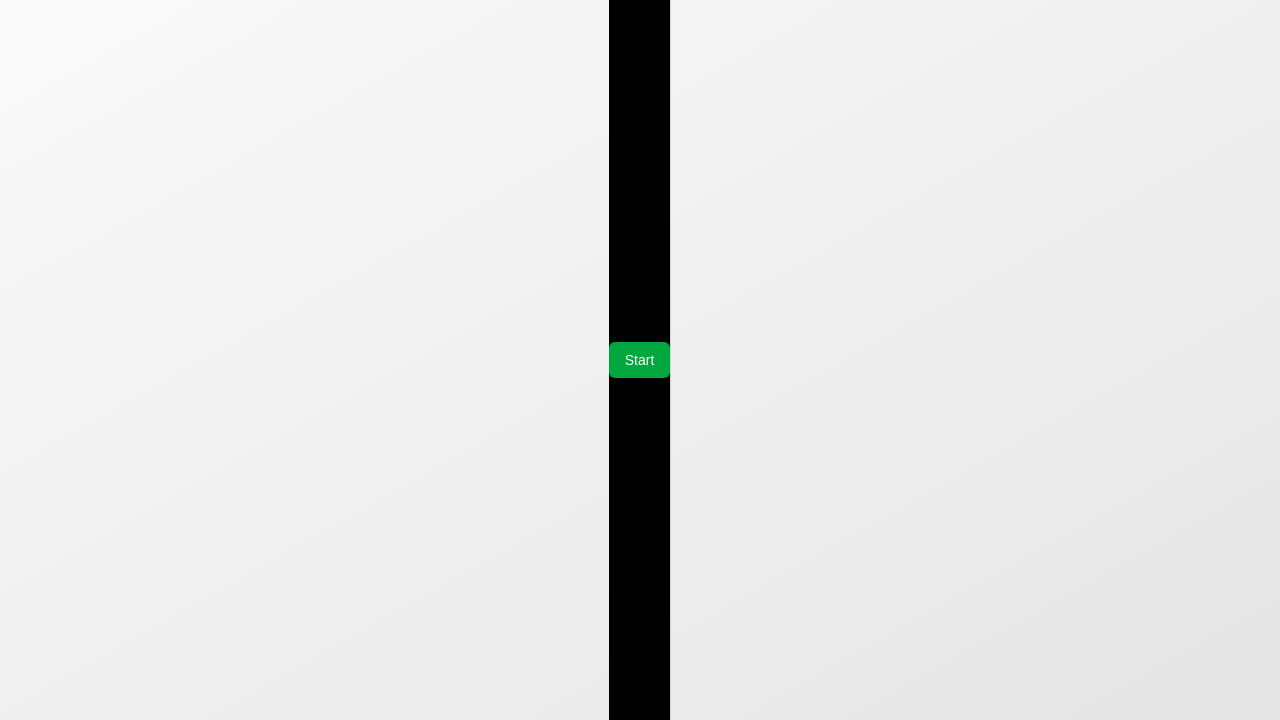
Repository: akanksha653/connectify
Page: /anonymous
The author's editor kept a copy of each file at every save. The page is drawn from the files as they stood at one save, then again after the next save.
The browser window is 1280 px wide. The pictures show the whole page.
The page's requests for data from a server got no answer. The project was rebuilt for these pictures with package versions that can differ from the ones it lists, and the page was loaded fresh each time. The framework's server and built-in components were replaced by stand-ins that run in the browser. No one was signed in, and anything a server would have sent is missing. Also part of the build but not shown: next.config.ts, components/video/LocalVideo.tsx, components/video/RemoteVideo.tsx, components/chat/Message.tsx, components/chat/ChatBox.tsx.

Above is the page before, as saved 2025-07-12 11:55:48.

### src/app/anonymous/page.tsx
"use client";

import React from "react";
// Update the import path below to the correct relative path if needed
import AnonymousChatRoom from "../../../features/anonymousChat/components/AnonymousChatRoom";

export default function AnonymousPage() {
  return (
    <main className="flex min-h-screen flex-col items-center justify-center bg-gradient-to-br from-neutral-50 to-neutral-200 dark:from-neutral-900 dark:to-neutral-800 px-4">
      <AnonymousChatRoom />
    </main>
  );
}

### features/anonymousChat/components/AnonymousChatRoom.tsx
"use client";

import React, { useEffect, useState, useCallback } from "react";
import useWebRTC from "../hooks/useWebRTC";
import useSocket from "../hooks/useSocket";
import LocalVideo from "../../../components/video/LocalVideo";
import RemoteVideo from "../../../components/video/RemoteVideo";
import ChatBox from "../../../components/chat/ChatBox";
import FindingPartner from "./FindingPartner";
import Button from "../../../components/common/Button";

export default function AnonymousChatRoom() {
  const [roomId, setRoomId] = useState<string | null>(null);
  const [isOfferer, setIsOfferer] = useState<boolean | null>(null);
  const [loading, setLoading] = useState(false);
  const [chatStarted, setChatStarted] = useState(false);

  const socket = useSocket();

  // ✅ Initialize WebRTC only when roomId & isOfferer are assigned
  const { localStream, remoteStream, stopWebRTC } = useWebRTC(roomId, isOfferer);

  /**
   * ✅ Handle 'matched' event from server with useCallback
   */
  const handleMatched = useCallback(
    ({
      roomId,
      partnerId,
      isOfferer,
    }: {
      roomId: string;
      partnerId: string;
      isOfferer: boolean;
    }) => {
      console.log("🎉 Matched in room:", roomId, "Offerer:", isOfferer);
      setRoomId(roomId);
      setIsOfferer(isOfferer);
      setLoading(true);

      // ✅ Join assigned room after server matching
      socket?.emit("join-room", roomId);
    },
    [socket]
  );

  /**
   * ✅ Register matched event listener
   */
  useEffect(() => {
    if (!socket) return;

    socket.off("matched", handleMatched); // Prevent duplicate listeners
    socket.on("matched", handleMatched);

    return () => {
      socket.off("matched", handleMatched);
    };
  }, [socket, handleMatched]);

  /**
   * ✅ Listen for socket connect/disconnect for stability
   */
  useEffect(() => {
    if (!socket) return;

    const handleDisconnect = () => {
      console.log("⚠️ Disconnected from socket server");
      setLoading(false);
      setChatStarted(false);
    };

    const handleConnect = () => {
      console.log("✅ Connected to socket server:", socket.id);
    };

    const handlePartnerLeft = () => {
      console.log("👋 Partner left the chat");
      handleStop(); // Auto stop and show Start button
    };

    socket.on("disconnect", handleDisconnect);
    socket.on("connect", handleConnect);
    socket.on("partner-left", handlePartnerLeft);

    return () => {
      socket.off("disconnect", handleDisconnect);
      socket.off("connect", handleConnect);
      socket.off("partner-left", handlePartnerLeft);
    };
  }, [socket]);

  /**
   * ✅ Update loading state when remote stream arrives
   */
  useEffect(() => {
    if (remoteStream) {
      setLoading(false);
    }
  }, [remoteStream]);

  /**
   * ✅ Start chat handler
   */
  const handleStart = () => {
    if (!socket) return;
    console.log("🔍 Looking for partner...");
    setChatStarted(true);
    setLoading(true);
    // Emit to server to enter matchmaking (server auto matches if someone waiting)
    // In your current signaling.js, just connecting triggers matchmaking
  };

  /**
   * ✅ Stop chat handler
   */
  const handleStop = () => {
    console.log("🛑 Stopping chat...");
    if (socket && roomId) {
      socket.emit("leave-room", roomId);
    }
    stopWebRTC(); // Clean up WebRTC connection
    setRoomId(null);
    setIsOfferer(null);
    setChatStarted(false);
    setLoading(false);
  };

  /**
   * ✅ Leave room on unmount for cleanup
   */
  useEffect(() => {
    return () => {
      handleStop();
    };
    // eslint-disable-next-line react-hooks/exhaustive-deps
  }, []);

  return (
    <div className="flex flex-col md:flex-row h-screen">
      {/* Video Section */}
      <div className="flex-1 bg-black flex items-center justify-center relative">
        {!chatStarted ? (
          <div className="flex flex-col items-center justify-center space-y-4">
            <Button
              label="Start"
              variant="start"
              onClick={handleStart}
            />          </div>
        ) : loading ? (
          <FindingPartner />
        ) : (
          <>
            <div className="absolute bottom-4 right-4 w-40 h-40 border-2 border-white rounded-md overflow-hidden">
              {localStream ? (
                <LocalVideo stream={localStream} />
              ) : (
                <div className="text-white text-sm">Loading camera...</div>
              )}
            </div>
            <RemoteVideo stream={remoteStream} />

            {/* Stop button */}
            <div className="absolute top-4 right-4">
              <Button
                label="Stop"
                variant="stop"
                onClick={handleStop}
              />            </div>
          </>
        )}
      </div>

      {/* Chat Section */}
      <div className="md:w-1/3 bg-neutral-100 dark:bg-neutral-800 border-l border-neutral-300 dark:border-neutral-700 flex flex-col">
        {roomId && <ChatBox socket={socket} roomId={roomId} />}
      </div>
    </div>
  );
}

### features/anonymousChat/hooks/useWebRTC.ts
// features/anonymousChat/hooks/useWebRTC.ts

import { useEffect, useRef, useState } from "react";
import { io, Socket } from "socket.io-client";

const SOCKET_URL = process.env.NEXT_PUBLIC_SOCKET_URL;

export default function useWebRTC(roomId: string | null, isOfferer: boolean | null) {
  const [remoteStream, setRemoteStream] = useState<MediaStream | null>(null);
  const [localStream, setLocalStream] = useState<MediaStream | null>(null);
  const peerConnectionRef = useRef<RTCPeerConnection | null>(null);
  const socketRef = useRef<Socket | null>(null);

  const iceServers = {
    iceServers: [
      { urls: "stun:stun.l.google.com:19302" },
      { urls: "stun:stun1.l.google.com:19302" },
      // 🔒 Add TURN servers for production behind NAT/firewalls
    ],
  };

  useEffect(() => {
    if (!roomId || isOfferer === null) {
      console.log("⏳ Waiting for server-assigned roomId and role...");
      return;
    }

    const init = async () => {
      if (!SOCKET_URL) {
        console.error("❌ NEXT_PUBLIC_SOCKET_URL is not defined");
        return;
      }

      try {
        // ✅ Connect to signaling server
        socketRef.current = io(SOCKET_URL, {
          transports: ["websocket"],
        });

        socketRef.current.on("connect", () => {
          console.log("✅ Connected to socket server:", socketRef.current?.id);
        });

        // ✅ Get local media stream immediately
        const stream = await navigator.mediaDevices.getUserMedia({ video: true, audio: true });
        setLocalStream(stream);
        console.log("📷 Obtained local media stream");

        // ✅ Create RTCPeerConnection
        peerConnectionRef.current = new RTCPeerConnection(iceServers);
        console.log("🔧 Created RTCPeerConnection");

        // ✅ Add local tracks to peer connection
        stream.getTracks().forEach((track) => {
          peerConnectionRef.current?.addTrack(track, stream);
        });

        // ✅ Handle remote stream
        peerConnectionRef.current.ontrack = (event) => {
          console.log("📡 Received remote stream track");
          setRemoteStream(event.streams[0]);
        };

        // ✅ Monitor connection state
        peerConnectionRef.current.onconnectionstatechange = () => {
          console.log("🔗 Connection state:", peerConnectionRef.current?.connectionState);
        };

        // ✅ Handle ICE candidates generated locally
        peerConnectionRef.current.onicecandidate = (event) => {
          if (event.candidate) {
            console.log("📤 Sending ICE candidate");
            socketRef.current?.emit("ice-candidate", { candidate: event.candidate, roomId });
          }
        };

        // ✅ Join room and wait for confirmation before offer creation
        socketRef.current.emit("join-room", roomId);

        socketRef.current.on("joined-room", async (joinedRoomId) => {
          console.log("🏠 Successfully joined room:", joinedRoomId);

          if (isOfferer) {
            console.log("📞 Creating offer...");
            const offer = await peerConnectionRef.current!.createOffer();
            await peerConnectionRef.current!.setLocalDescription(offer);
            socketRef.current?.emit("offer", { offer, roomId });
            console.log("📤 Sent offer:", offer);
          }
        });

        // ✅ Listen for offer
        socketRef.current.on("offer", async ({ offer }) => {
          console.log("📩 Received offer:", offer);
          await peerConnectionRef.current!.setRemoteDescription(new RTCSessionDescription(offer));
          const answer = await peerConnectionRef.current!.createAnswer();
          await peerConnectionRef.current!.setLocalDescription(answer);
          socketRef.current?.emit("answer", { answer, roomId });
          console.log("📤 Sent answer:", answer);
        });

        // ✅ Listen for answer
        socketRef.current.on("answer", async ({ answer }) => {
          console.log("📩 Received answer:", answer);
          await peerConnectionRef.current!.setRemoteDescription(new RTCSessionDescription(answer));
        });

        // ✅ Listen for ICE candidates from remote peer
        socketRef.current.on("ice-candidate", async ({ candidate }) => {
          console.log("📩 Received ICE candidate:", candidate);
          try {
            await peerConnectionRef.current!.addIceCandidate(new RTCIceCandidate(candidate));
          } catch (error) {
            console.error("❌ Error adding received ICE candidate:", error);
          }
        });

      } catch (error) {
        console.error("❌ Failed to initialize WebRTC:", error);
      }
    };

    init();

    return () => {
      console.log("🧹 Cleaning up WebRTC and socket connections");
      peerConnectionRef.current?.close();
      localStream?.getTracks().forEach((track) => track.stop());
      socketRef.current?.disconnect();
    };
  }, [roomId, isOfferer]);

  return { localStream, remoteStream };
}

### features/anonymousChat/hooks/useSocket.ts
// features/anonymousChat/hooks/useSocket.ts

import { useEffect, useState } from "react";
import { io, Socket } from "socket.io-client";

const SOCKET_URL = process.env.NEXT_PUBLIC_SOCKET_URL;

export default function useSocket(): Socket | null {
  const [socket, setSocket] = useState<Socket | null>(null);

  useEffect(() => {
    if (!SOCKET_URL) {
      console.error("❌ NEXT_PUBLIC_SOCKET_URL is not defined");
      return;
    }

    const newSocket = io(SOCKET_URL, {
      transports: ["websocket"],
      reconnectionAttempts: 3,
      reconnectionDelay: 1000,
      forceNew: true, // ✅ ensures fresh connection per hook usage
    });

    newSocket.on("connect", () => {
      console.log("✅ Connected to socket server:", newSocket.id);
    });

    newSocket.on("disconnect", () => {
      console.log("❌ Disconnected from socket server");
    });

    newSocket.on("connect_error", (err) => {
      console.error("⚠️ Socket connection error:", err.message);
    });

    setSocket(newSocket);

    return () => {
      newSocket.disconnect();
    };
  }, []);

  return socket;
}

### components/common/Button.tsx
"use client";

import React from "react";
import { cn } from "@/utils/cn";

interface ButtonProps extends React.ButtonHTMLAttributes<HTMLButtonElement> {
  label: string;
  icon?: React.ReactNode;
  loading?: boolean;
  variant?: "start" | "stop" | "primary";
}

export default function Button({
  label,
  icon,
  loading = false,
  disabled,
  className,
  variant = "primary",
  ...props
}: ButtonProps) {
  const baseStyle =
    "inline-flex items-center justify-center text-white px-4 py-2 rounded-md text-sm font-medium transition disabled:opacity-50 disabled:cursor-not-allowed focus:outline-none focus:ring-2 focus:ring-offset-2";

  const variantStyle = {
    start:
      "bg-green-600 hover:bg-green-700 focus:ring-green-500",
    stop:
      "bg-red-600 hover:bg-red-700 focus:ring-red-500",
    primary:
      "bg-blue-600 hover:bg-blue-700 focus:ring-blue-500",
  };

  return (
    <button
      disabled={disabled || loading}
      {...props}
      className={cn(baseStyle, variantStyle[variant], className)}
    >
      {loading ? (
        <svg
          className="animate-spin h-4 w-4 mr-2 text-white"
          xmlns="http://www.w3.org/2000/svg"
          fill="none"
          viewBox="0 0 24 24"
        >
          <circle
            className="opacity-25"
            cx="12"
            cy="12"
            r="10"
            stroke="currentColor"
            strokeWidth="4"
          ></circle>
          <path
            className="opacity-75"
            fill="currentColor"
            d="M4 12a8 8 0 018-8v4l3-3-3-3v4a8 8 0 018 8h-4l3 3 3-3h-4a8 8 0 01-8 8z"
          ></path>
        </svg>
      ) : icon ? (
        <span className="mr-2">{icon}</span>
      ) : null}
      {label}
    </button>
  );
}

### src/utils/cn.ts
import { clsx } from "clsx";
import { twMerge } from "tailwind-merge";

/**
 * Combines Tailwind classes intelligently with clsx and tailwind-merge
 */
export function cn(...inputs: any[]) {
  return twMerge(clsx(inputs));
}

### features/anonymousChat/components/FindingPartner.tsx
"use client";

import React from "react";

export default function FindingPartner() {
  return (
    <div className="flex flex-col items-center justify-center h-full py-20">
      {/* Spinner */}
      <div
        className="w-12 h-12 border-4 border-blue-500 border-t-transparent rounded-full animate-spin mb-6"
        role="status"
        aria-label="Loading spinner"
      ></div>

      {/* Animated loading text */}
      <p className="text-neutral-700 dark:text-neutral-300 text-lg flex items-center">
        Looking for a partner
        <span className="ml-1 animate-pulse">...</span>
      </p>
    </div>
  );
}

Loaded but not shown: src/app/layout.tsx (common file); src/app/globals.css (common file)

After the next save:
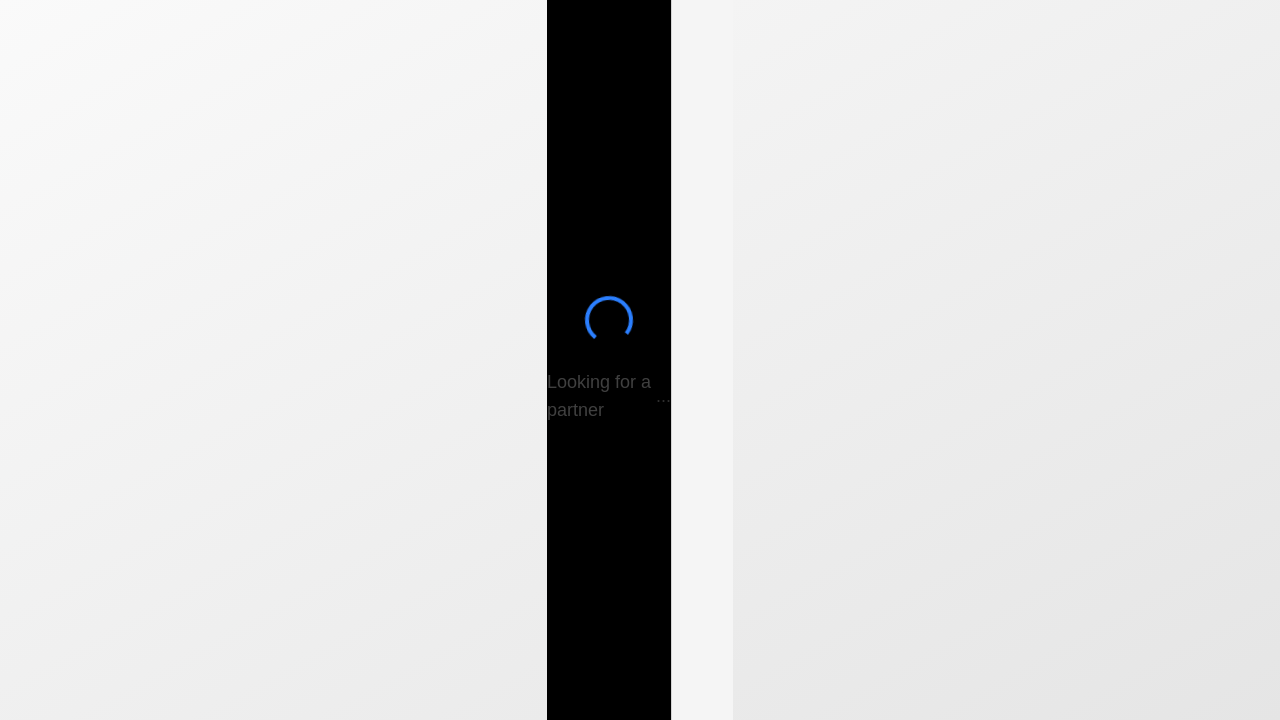
Saved 10 s later.
--- a/features/anonymousChat/components/AnonymousChatRoom.tsx
+++ b/features/anonymousChat/components/AnonymousChatRoom.tsx
@@ -7,18 +7,16 @@ import LocalVideo from "../../../components/video/LocalVideo";
 import RemoteVideo from "../../../components/video/RemoteVideo";
 import ChatBox from "../../../components/chat/ChatBox";
 import FindingPartner from "./FindingPartner";
-import Button from "../../../components/common/Button";
 
 export default function AnonymousChatRoom() {
   const [roomId, setRoomId] = useState<string | null>(null);
   const [isOfferer, setIsOfferer] = useState<boolean | null>(null);
-  const [loading, setLoading] = useState(false);
-  const [chatStarted, setChatStarted] = useState(false);
+  const [loading, setLoading] = useState(true);
 
   const socket = useSocket();
 
   // ✅ Initialize WebRTC only when roomId & isOfferer are assigned
-  const { localStream, remoteStream, stopWebRTC } = useWebRTC(roomId, isOfferer);
+  const { localStream, remoteStream } = useWebRTC(roomId, isOfferer);
 
   /**
    * ✅ Handle 'matched' event from server with useCallback
@@ -36,7 +34,6 @@ export default function AnonymousChatRoom() {
       console.log("🎉 Matched in room:", roomId, "Offerer:", isOfferer);
       setRoomId(roomId);
       setIsOfferer(isOfferer);
-      setLoading(true);
 
       // ✅ Join assigned room after server matching
       socket?.emit("join-room", roomId);
@@ -66,27 +63,19 @@ export default function AnonymousChatRoom() {
 
     const handleDisconnect = () => {
       console.log("⚠️ Disconnected from socket server");
-      setLoading(false);
-      setChatStarted(false);
+      setLoading(true);
     };
 
     const handleConnect = () => {
       console.log("✅ Connected to socket server:", socket.id);
     };
 
-    const handlePartnerLeft = () => {
-      console.log("👋 Partner left the chat");
-      handleStop(); // Auto stop and show Start button
-    };
-
     socket.on("disconnect", handleDisconnect);
     socket.on("connect", handleConnect);
-    socket.on("partner-left", handlePartnerLeft);
 
     return () => {
       socket.off("disconnect", handleDisconnect);
       socket.off("connect", handleConnect);
-      socket.off("partner-left", handlePartnerLeft);
     };
   }, [socket]);
 
@@ -100,54 +89,22 @@ export default function AnonymousChatRoom() {
   }, [remoteStream]);
 
   /**
-   * ✅ Start chat handler
-   */
-  const handleStart = () => {
-    if (!socket) return;
-    console.log("🔍 Looking for partner...");
-    setChatStarted(true);
-    setLoading(true);
-    // Emit to server to enter matchmaking (server auto matches if someone waiting)
-    // In your current signaling.js, just connecting triggers matchmaking
-  };
-
-  /**
-   * ✅ Stop chat handler
-   */
-  const handleStop = () => {
-    console.log("🛑 Stopping chat...");
-    if (socket && roomId) {
-      socket.emit("leave-room", roomId);
-    }
-    stopWebRTC(); // Clean up WebRTC connection
-    setRoomId(null);
-    setIsOfferer(null);
-    setChatStarted(false);
-    setLoading(false);
-  };
-
-  /**
    * ✅ Leave room on unmount for cleanup
    */
   useEffect(() => {
     return () => {
-      handleStop();
+      if (socket && roomId) {
+        socket.emit("leave-room", roomId);
+        console.log("👋 Left room:", roomId);
+      }
     };
-    // eslint-disable-next-line react-hooks/exhaustive-deps
-  }, []);
+  }, [socket, roomId]);
 
   return (
     <div className="flex flex-col md:flex-row h-screen">
       {/* Video Section */}
       <div className="flex-1 bg-black flex items-center justify-center relative">
-        {!chatStarted ? (
-          <div className="flex flex-col items-center justify-center space-y-4">
-            <Button
-              label="Start"
-              variant="start"
-              onClick={handleStart}
-            />          </div>
-        ) : loading ? (
+        {loading ? (
           <FindingPartner />
         ) : (
           <>
@@ -159,14 +116,6 @@ export default function AnonymousChatRoom() {
               )}
             </div>
             <RemoteVideo stream={remoteStream} />
-
-            {/* Stop button */}
-            <div className="absolute top-4 right-4">
-              <Button
-                label="Stop"
-                variant="stop"
-                onClick={handleStop}
-              />            </div>
           </>
         )}
       </div>
